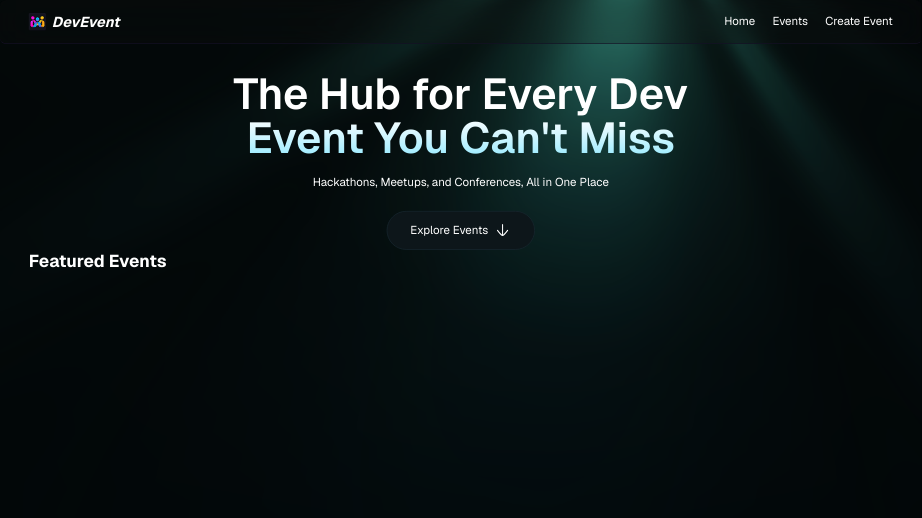
Repository: MuhammadHozaif-Bitsol/DevEvents
Page: /
An editor plug-in stored every save of this project. The page is shown before and after the next save, followed by the edit.
The browser window is 1280 px wide. The pictures show the whole page, at 72% of full size.
Pictures or frames that could not be fetched are drawn as grey boxes. Some web fonts or font styles are not loaded; a fallback is used. The project was rebuilt for these pictures with package versions that can differ from the ones it lists, and the page was loaded fresh each time. The framework's server and built-in components were replaced by stand-ins that run in the browser. Also part of the build but not shown: next.config.ts.

Above is the page before, as saved 2026-08-25 15:37:55.

After the next save:
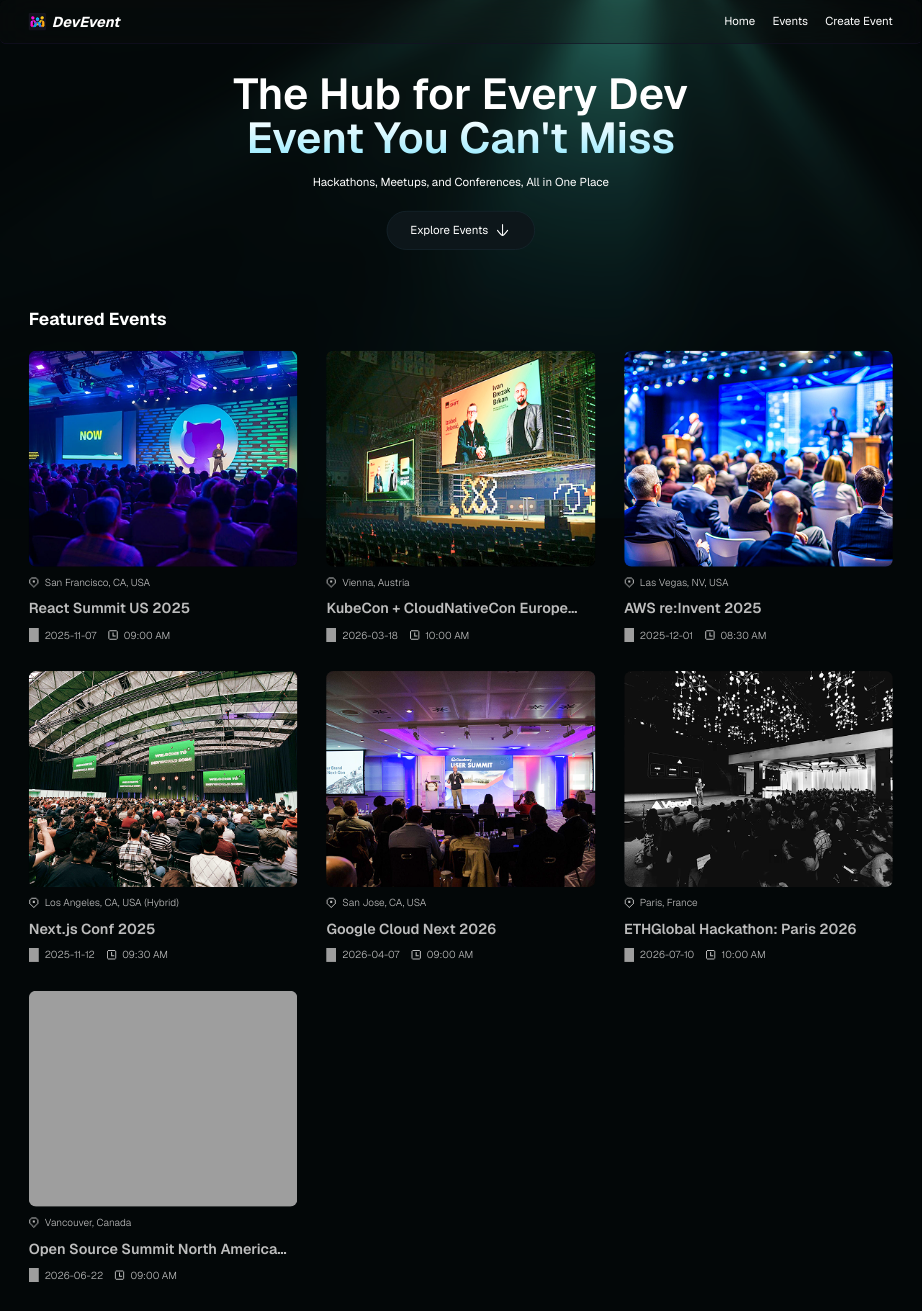
Saved 10 min 2 s later.
--- a/app/page.tsx
+++ b/app/page.tsx
@@ -1,4 +1,6 @@
 import ExploreBtn from "@/components/ExploreBtn";
+import EventCard from "@/components/EventCard";
+import events from "@/lib/constants";
 const page = () => {
   return (
     <>
@@ -10,8 +12,20 @@
       </p>
 
       <ExploreBtn></ExploreBtn>
-      <h3>Featured Events</h3>
-      <ul className="events"></ul>
+
+      <div className="mt-20 space-y-7">
+        <h3>Featured Events</h3>
+
+        <ul className="events">
+          {events &&
+            events.length > 0 &&
+            events.map((event) => (
+              <li key={event.title} className="list-none">
+                <EventCard {...event} />
+              </li>
+            ))}
+        </ul>
+      </div>
     </>
   );
 };
